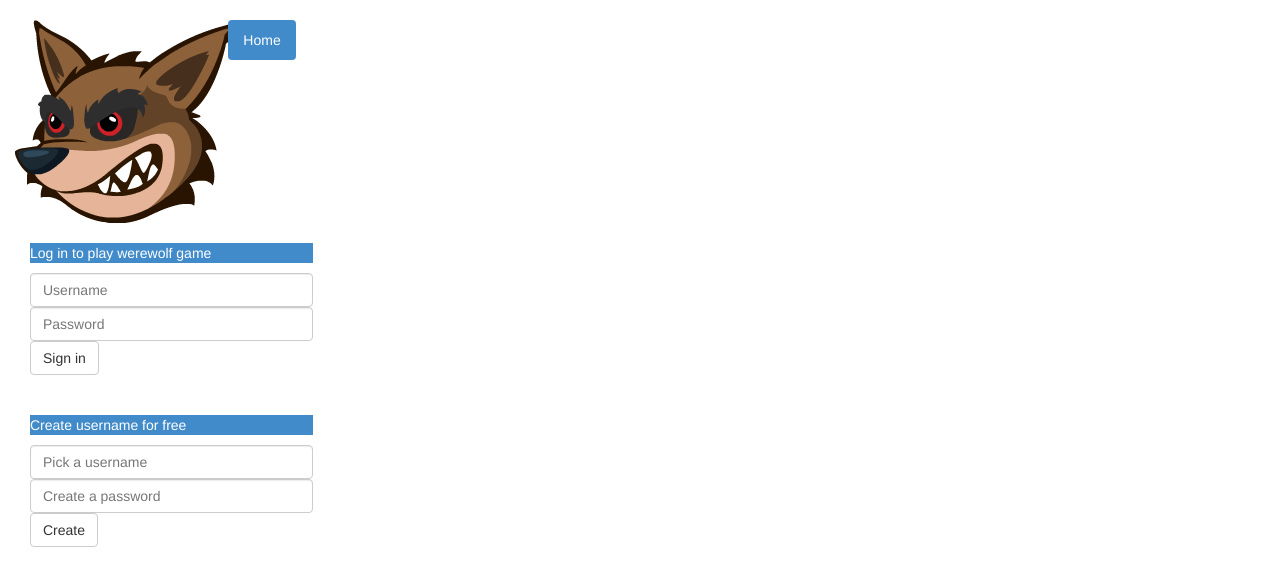
Repository: CE-KMITL-CLOUD-2014/Flash
Page: WerewolfProject/WEREWOLFGAME/WebContent/home.html
These files come from the project's save history. The page is drawn as it stood at one moment and after the next save; the edit follows.
The browser window is 1280 px wide. The pictures show the whole page.

Above is the page before, as saved 2014-11-15 22:08:14.

After the next save:
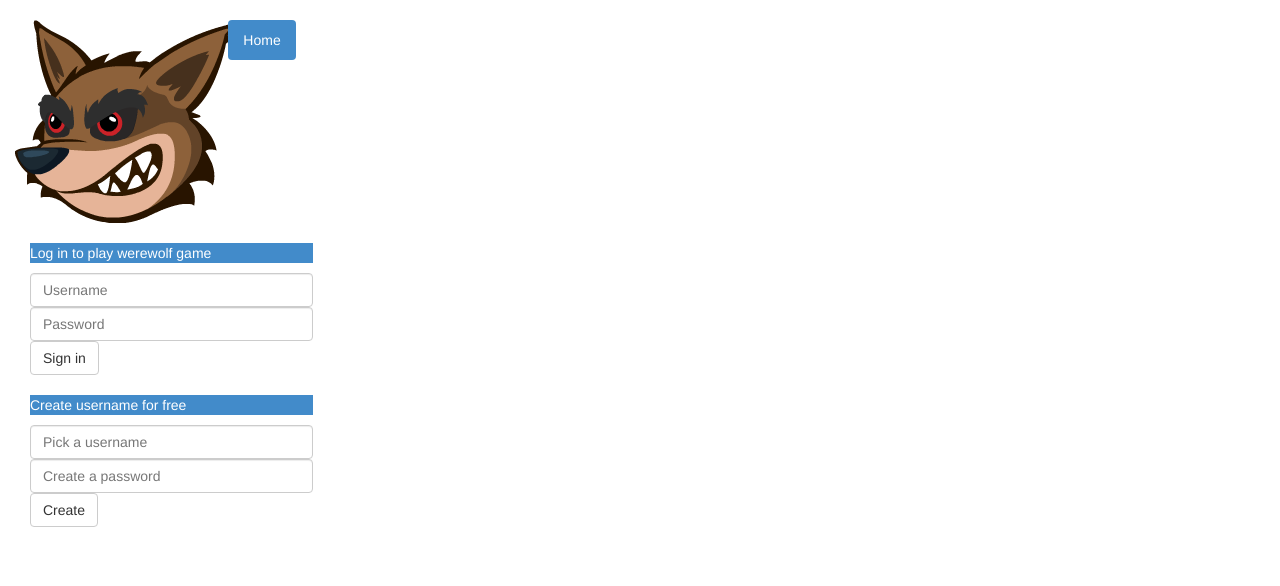
Saved 3 min 22 s later.
--- a/WerewolfProject/WEREWOLFGAME/WebContent/home.html
+++ b/WerewolfProject/WEREWOLFGAME/WebContent/home.html
@@ -29,6 +29,7 @@
 
 	<!-- login -->
 	<form class="form" id="login_form" method="post" >
+	<div>
 	  <label></label>
 	  <div class="container-fluid">
 	    <div class="col-md-3 col-sm-4 col-xs-6">
@@ -53,10 +54,10 @@
 	  </div>
 	  <div class="container-fluid">
 	    <div class="col-md-offset-0 col-sm-10">
-	      <button type="submit" class="btn btn-default" onclick="login()">Sign in</button>
+	      <button class="btn btn-default" onclick="login()">Sign in</button>
 	    </div>
 	  </div>
-	</form>
+	</div>
 
 	<!-- create username -->
 	<label></label>
